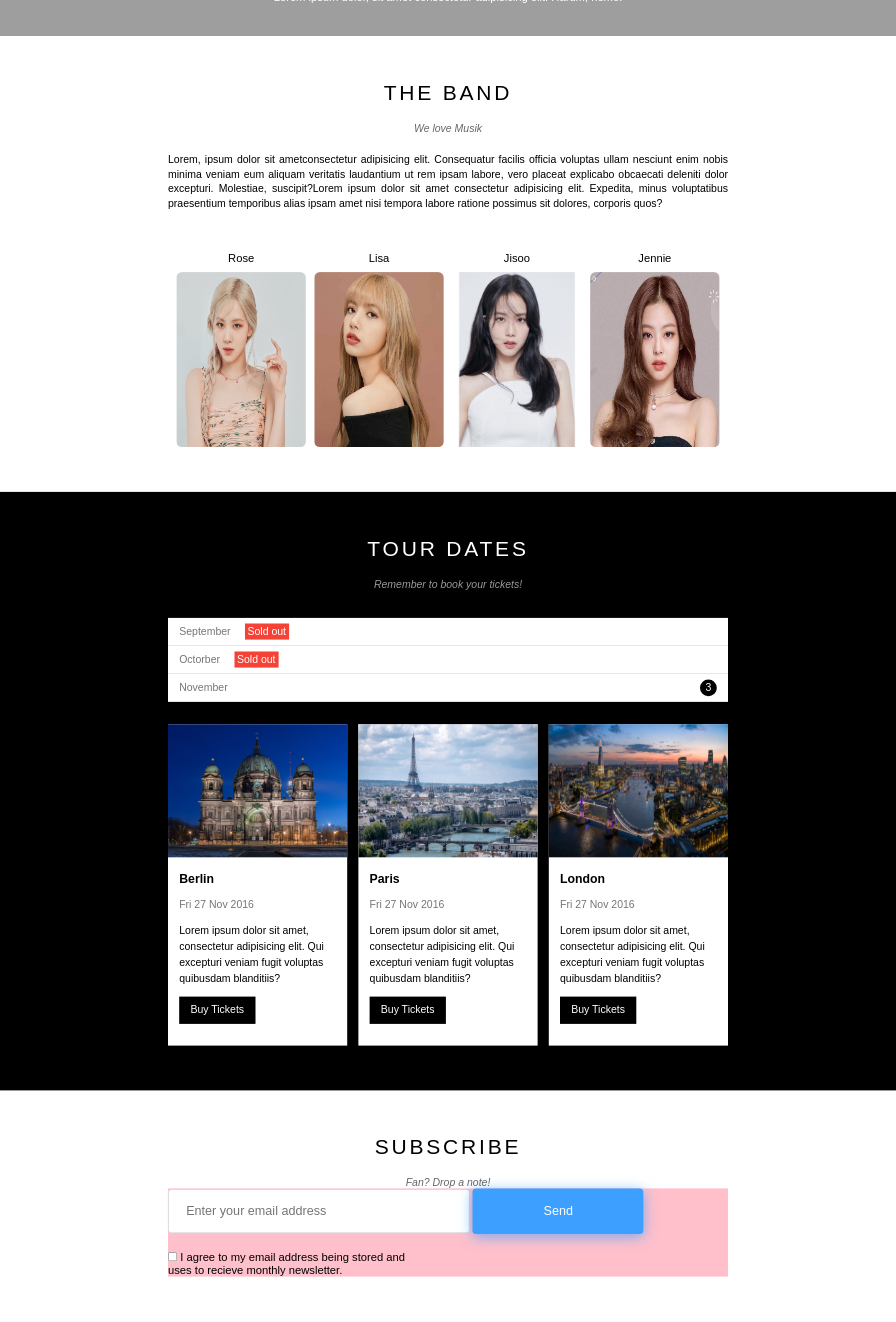
Repository: AiTrinh303/First-Project
Page: /
These files come from the project's save history. The page is drawn as it stood at one moment and after a run of saves; the edit follows.
The browser window is 1280 px wide. The pictures show the part of the page from y = 634 to 2554 px (the page is 2522 px tall before and 2554 px after), at 70% of full size.
Pictures or frames that could not be fetched are drawn as grey boxes. The project was rebuilt for these pictures with package versions that can differ from the ones it lists, and the page was loaded fresh each time.

Above is the page before, as saved 2024-01-23 10:11:13.

After the next 2 saves:
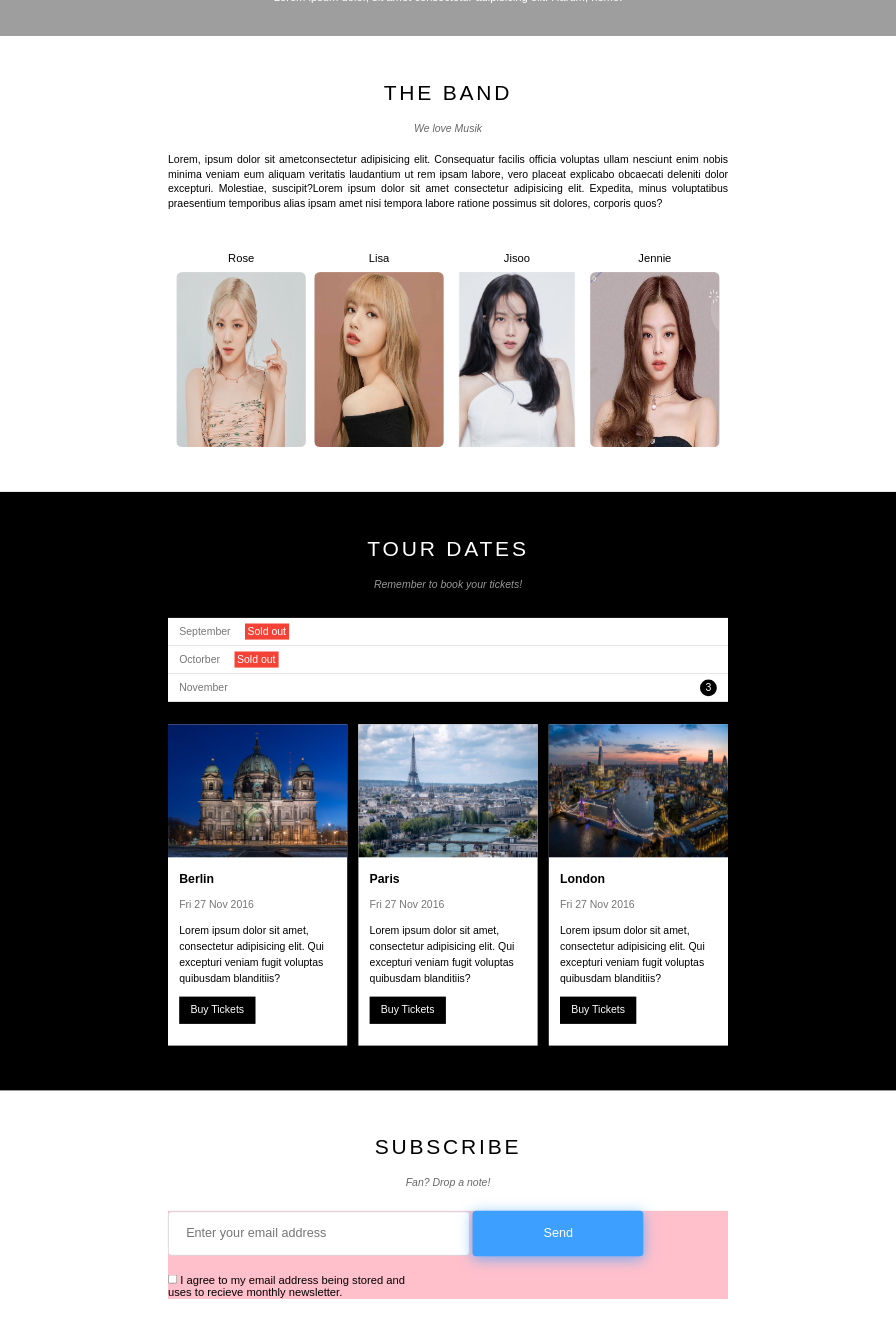
The 2 saves are shown as one change because they came seconds apart.
The last was saved 18 s later.
--- a/src/styles/main.css
+++ b/src/styles/main.css
@@ -270,7 +270,7 @@ html {
 
 .form-wrap{
   background-color: pink;
-  margin-bottom
+  margin-top: 32px
 
 }
 .form {
